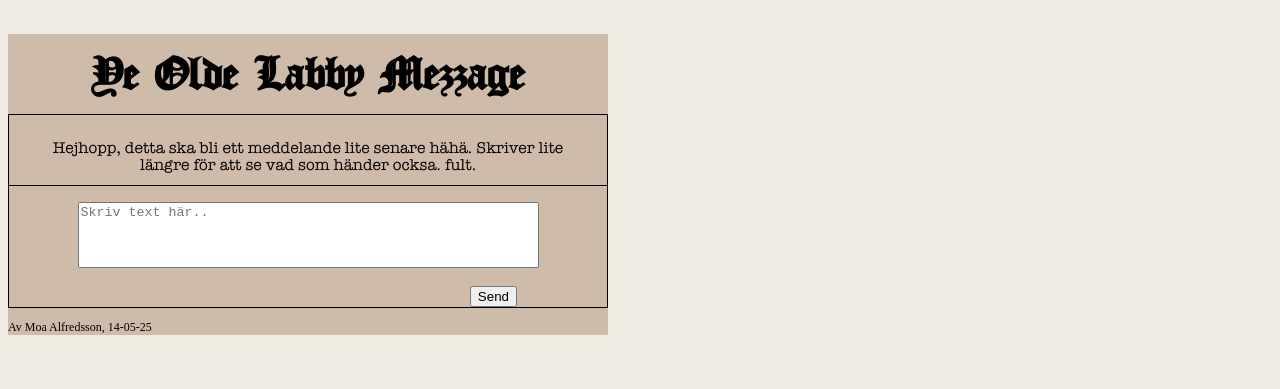
Repository: ma223md/1dv403-laborationer
Page: 2-labbymezzage/index.html
The author's editor kept a record of every edit. The page is drawn from the files as they stood at one moment, then again after the next edit.
The browser window is 1280 px wide. The pictures show the whole page.

Above is the page before.

### 2-labbymezzage/index.html
<!DOCTYPE html>
<html>
    <head>
        <meta charset="UTF-8" />
        <link rel="stylesheet" href="labbymezzagestyle.css" />
        <script src="js/message.js"></script>
        <script src="js/message_run.js"></script>
        <title>Labby Mezzage</title>
    </head>

    <body>
        <div id="container">
            <header>
                <h1>Ye Olde Labby Mezzage</h1>
            </header>

            <main>
                <div id="messageboard">
                    <p>Hejhopp, detta ska bli ett meddelande lite senare hähä. Skriver lite längre för att se vad som händer ocksa. fult.</p>
                </div>
                <div id="textarea"></div>
                <div id="textinput">
                    <textarea id="messagetext" rows="4" cols="55" placeholder="Skriv text här.. "></textarea>
                    <br><input id="sendbutton" value="Send" type="submit"/>
                </div>
            </main>

            <footer>
                <p>Av Moa Alfredsson, 14-05-25</p>
            </footer>
        </div>
    </body>
</html>

### 2-labbymezzage/labbymezzagestyle.css
@font-face {
    font-family: headline;
    src: url(../2-labbymezzage/fonts/OldLondon.ttf);
}

@font-face {
    font-family: article;
    src: url(fonts/linowrite.ttf);
}

body
{
    background-color: #efebe4;
}

header h1 {
    text-align: center;
    padding-top: 15px;
}

#container {
    width: 600px;
    background-color: #cfbbaa;
}

main {
    border-style: solid;
    border-width: 1px;
}

main p {
    font-family: article;
    text-align: center;
    padding-top: 10px;
    padding-bottom: 10px;
    padding-left: 20px;
    padding-right: 20px;
    border-bottom: solid;
    border-width: 1px;
}

h1 {
    font-family: headline;
    font-size: 50px;
}

textarea {
    resize: none;
    display: block;
    margin-left: auto;
    margin-right: auto;
}

input {
    display: block;
    margin-left: auto;
    margin-right: 90px;
}

footer {
    font-size: 12px;
}

### 2-labbymezzage/js/message.js
"use strict";

function Message(message, date) {

    this.getText = function(){
        return message;
    }

    this.setText = function(_text) {
        message = _text;
    }

    this.getDate = function(){
        return date;
    }

    this.setDate = function(_date) {
       date = _date
    }

    Message.prototype.toString = function() {
        return this.getText() + " (" + this.getDate() + ")"
    }

    Message.prototype.getHTMLText = function() {
        return this.getText();
    }

    Message.prototype.getDateText = function() {
        return this.getDate().toLocalTimeString();
    }
}

Loaded but not shown: 2-labbymezzage/js/message_run.js (no copy from this time; the picture is the same without it)

After the next edit:
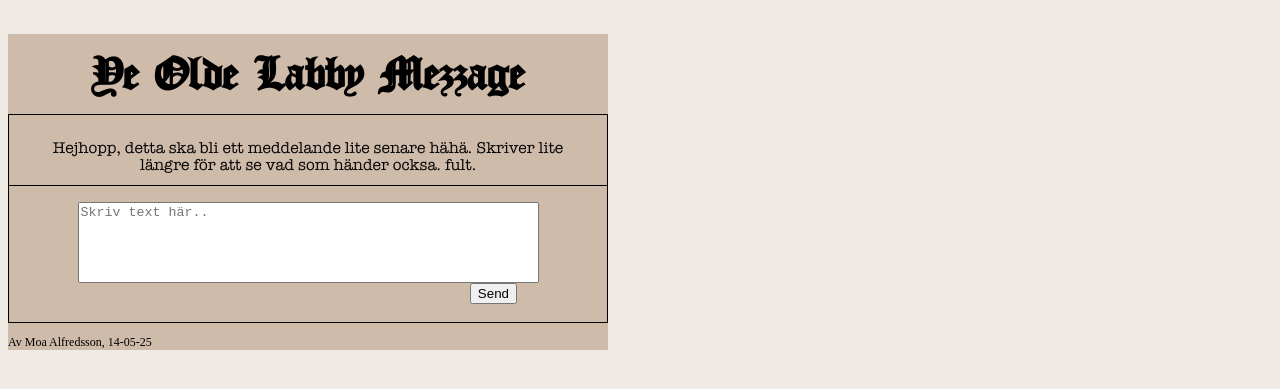
The edit:
--- a/2-labbymezzage/index.html
+++ b/2-labbymezzage/index.html
@@ -20,9 +20,9 @@
                 </div>
                 <div id="textarea"></div>
                 <div id="textinput">
-                    <textarea id="messagetext" rows="4" cols="55" placeholder="Skriv text här.. "></textarea>
-                    <br><input id="sendbutton" value="Send" type="submit"/>
-                </div>
+                    <textarea id="messagetext" rows="5" cols="55" placeholder="Skriv text här.. "></textarea>
+                    <input id="sendbutton" value="Send" type="submit"/>
+                </div><br>
             </main>
 
             <footer>
